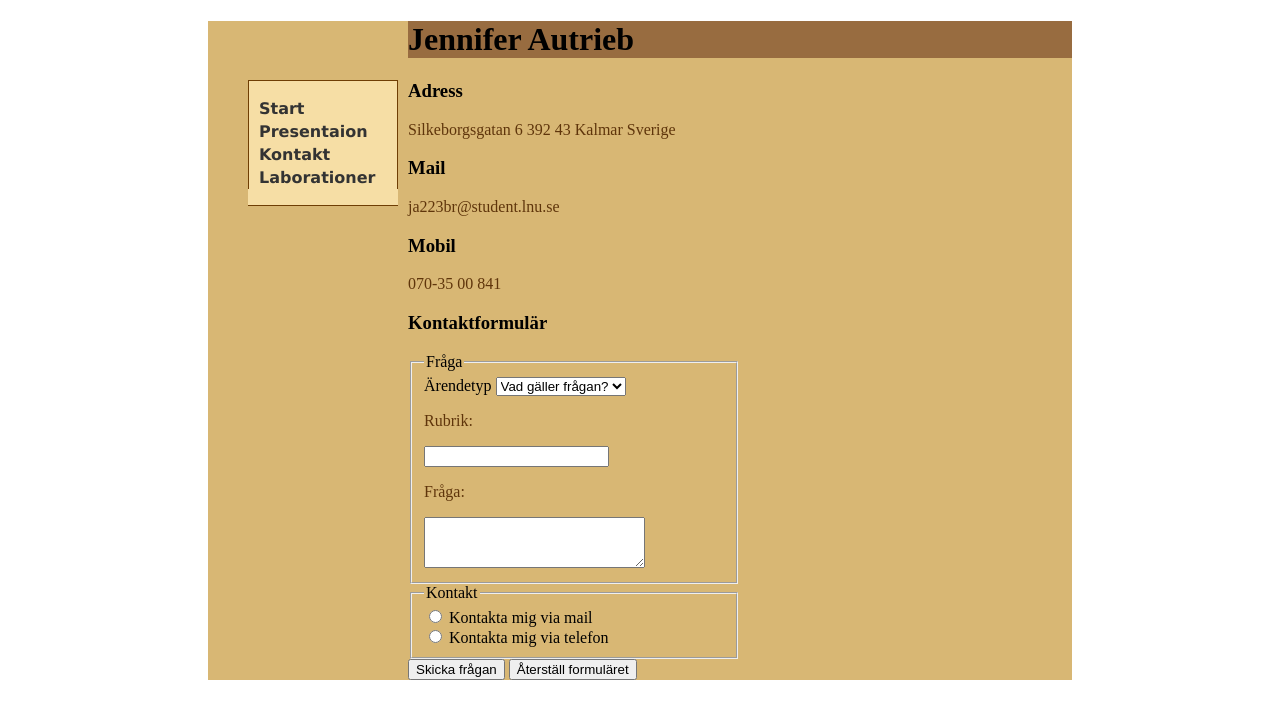
Repository: JeAut/1ik415-JeAut-laborationer
Page: WWW/pages/kontakt.html
The author's editor kept a record of every edit. The page is drawn from the files as they stood at one moment, then again after the next edit.
The browser window is 1280 px wide. The pictures show the whole page.

Above is the page before.

After the next edit:
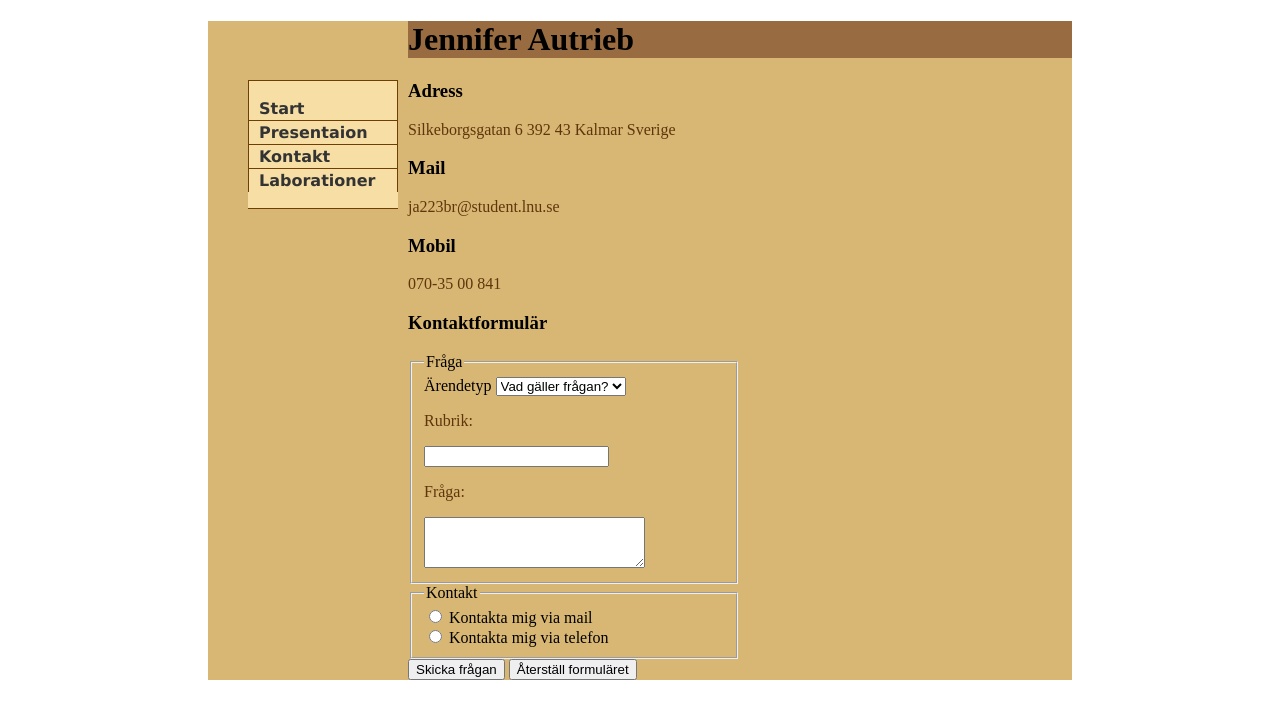
The edit:
--- a/WWW/pages/kontakt.html
+++ b/WWW/pages/kontakt.html
@@ -16,8 +16,14 @@
             <div id="ulsidemenu">
             <div id="ulsidemenu2">
             <p><li><a href="../index.html"> Start</a></li>
+            </div>
+            <div id="ulsidemenu2">
             <li><a href="Presentation.html"> Presentaion</a></li>
+            </div>
+            <div id="ulsidemenu2">
             <li><a href="kontakt.html"> Kontakt</a></li>
+            </div>
+            <div id="ulsidemenu2">
             <li><a href="laborationer.html"> Laborationer</a></li></p>
             </div>
             </div>
